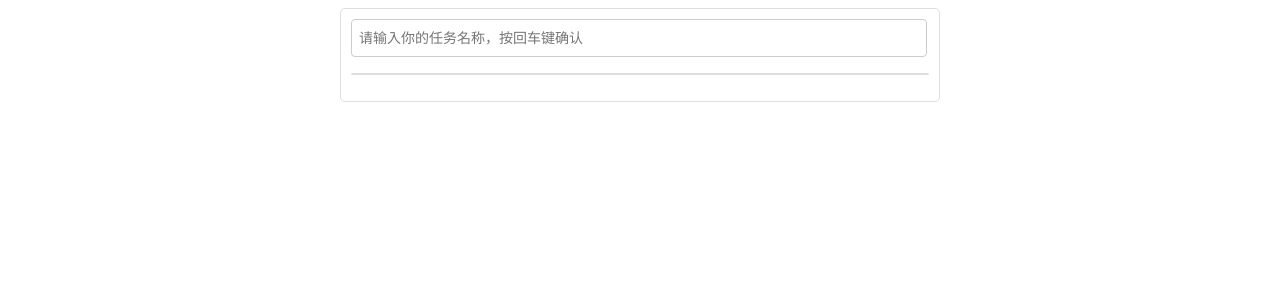
Repository: weiqsctj/TodoList
Page: /
An editor plug-in stored every save of this project. The page is shown before and after a run of saves, followed by the edit.
The browser window is 1280 px wide. The pictures show the whole page.
The project was rebuilt for these pictures with package versions that can differ from the ones it lists, and the page was loaded fresh each time. Also part of the build but not shown: vue.config.js.

Above is the page before, as saved 2021-12-27 17:45:16.

After the next 3 saves:
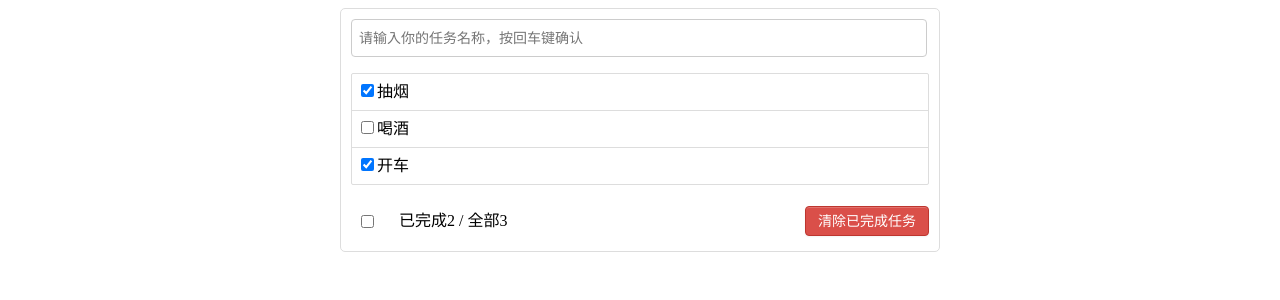
The 3 saves are shown as one change because they came seconds apart.
The last was saved 17 s later.
--- a/src/App.vue
+++ b/src/App.vue
@@ -26,9 +26,9 @@
 				todos:
 
 				[
-					// {id:'001',title:'抽烟',done:true},
-					// {id:'002',title:'喝酒',done:false},
-					// {id:'003',title:'开车',done:true}
+					{id:'001',title:'抽烟',done:true},
+					{id:'002',title:'喝酒',done:false},
+					{id:'003',title:'开车',done:true}
 				]
 			}
 		},

After the 6 saves that followed:
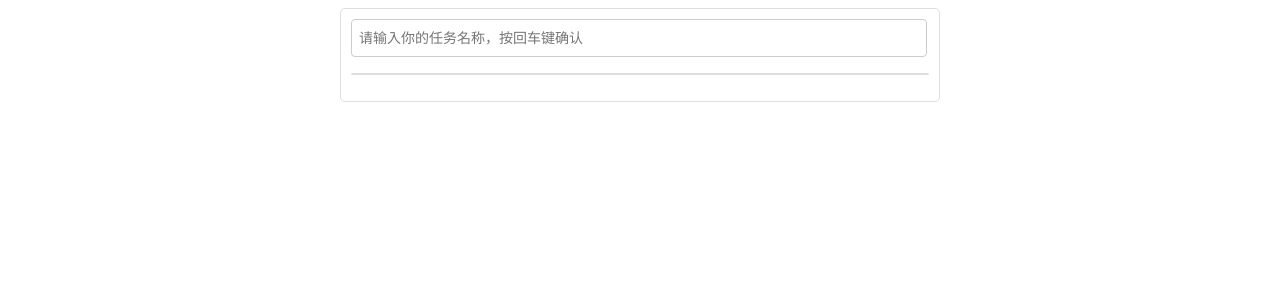
The 6 saves are shown as one change because 1 did not build or start and some came seconds apart.
The last was saved 21 s later.
--- a/src/App.vue
+++ b/src/App.vue
@@ -23,13 +23,13 @@
 		data() {
 			return {
 				//由于todos是MyHeader组件和MyFooter组件都在使用，所以放在App中（状态提升）
-				todos:
+				todos:localStorage.getItem()
 
-				[
-					{id:'001',title:'抽烟',done:true},
-					{id:'002',title:'喝酒',done:false},
-					{id:'003',title:'开车',done:true}
-				]
+				// [
+				// 	{id:'001',title:'抽烟',done:true},
+				// 	{id:'002',title:'喝酒',done:false},
+				// 	{id:'003',title:'开车',done:true}
+				// ]
 			}
 		},
 		methods: {
